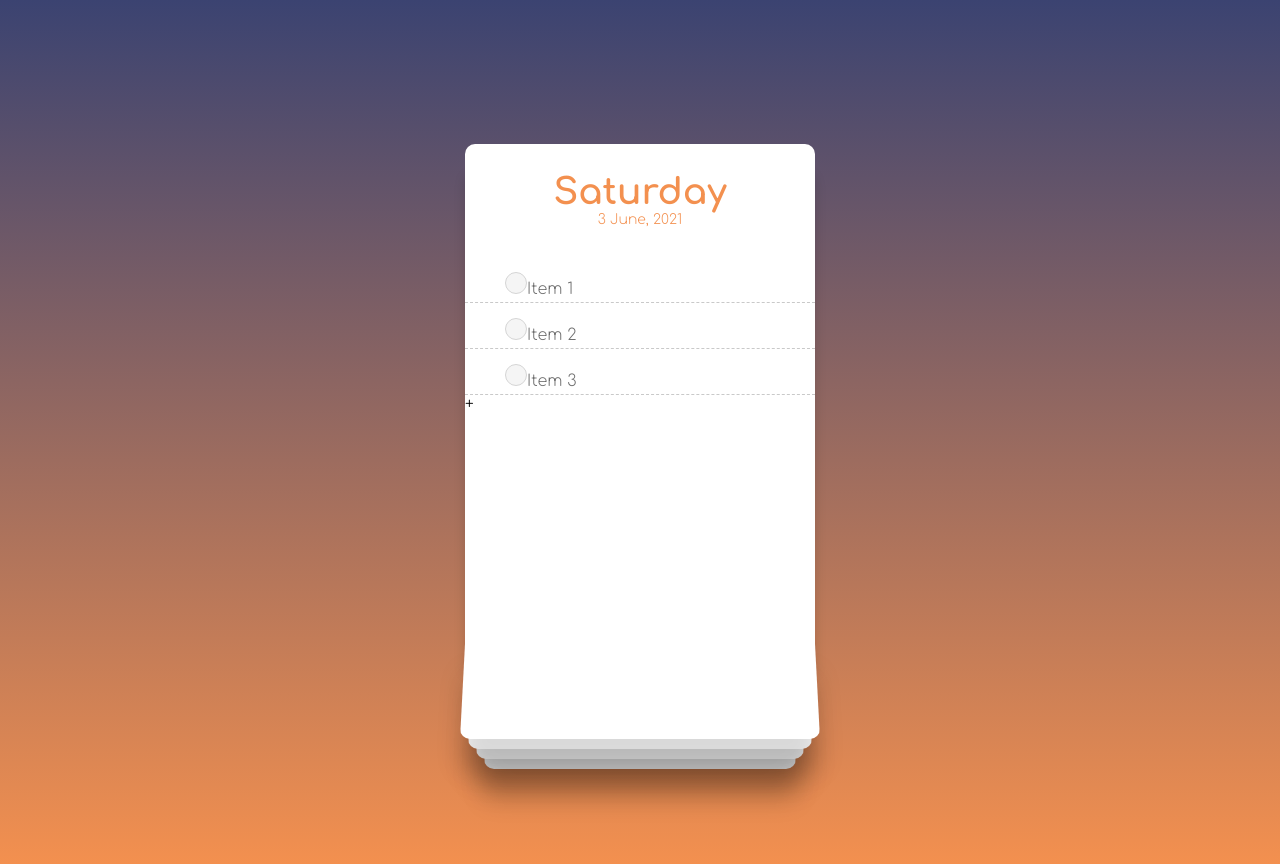
Repository: Colo-Codes/mini-projects
Page: todo-app/index.html
These files come from the project's save history. The page is drawn as it stood at one moment and after the next save; the edit follows.
The browser window is 1280 px wide. The pictures show the whole page.

Above is the page before, as saved 2021-07-04 12:10:05.

After the next save:
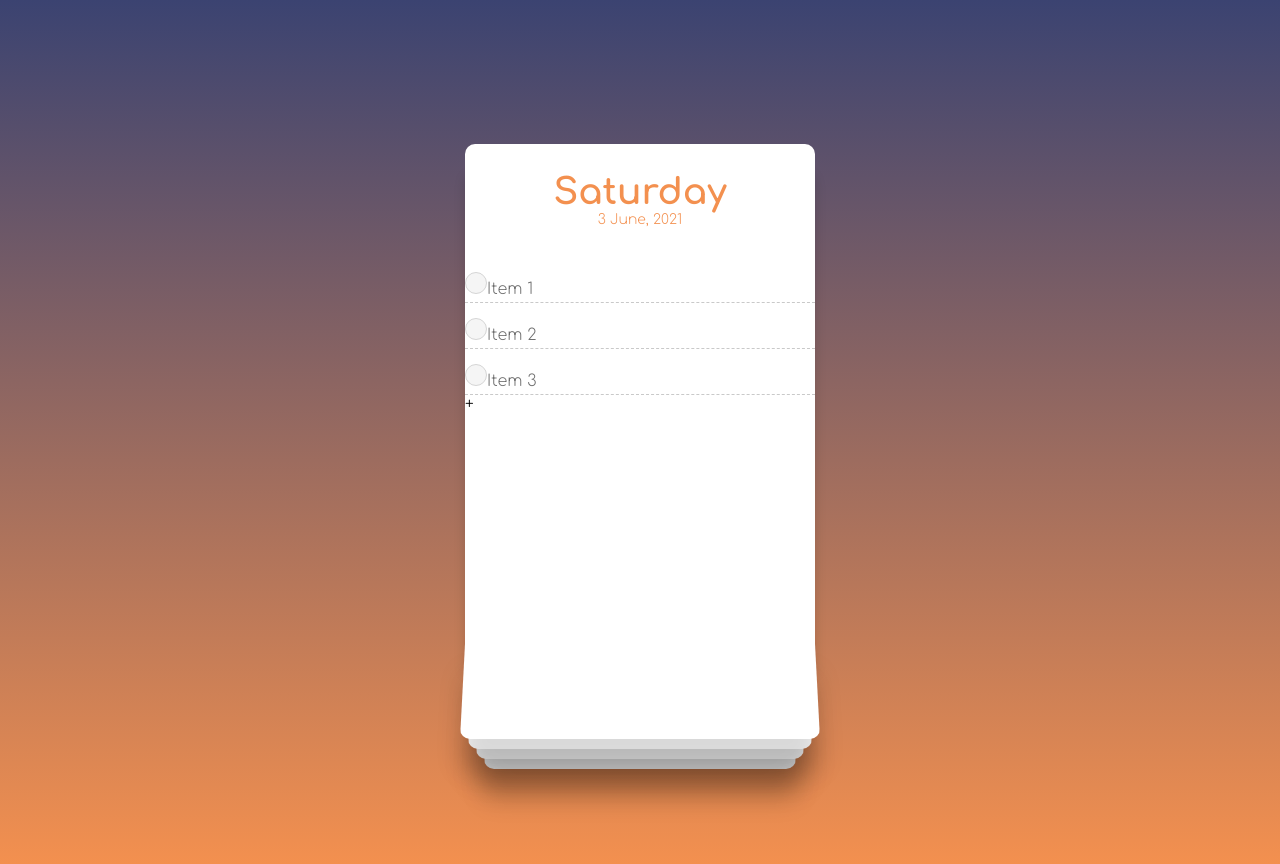
Saved 23 s later.
--- a/todo-app/css/index.css
+++ b/todo-app/css/index.css
@@ -126,7 +126,6 @@ div [id^='sheet-'] {
     height: 46px;
     border-bottom: 1px dashed #c9c9c9;
     margin: auto 0;
-    padding-left: 40px;
     list-style: none;
     padding-top: 15px;
 }
